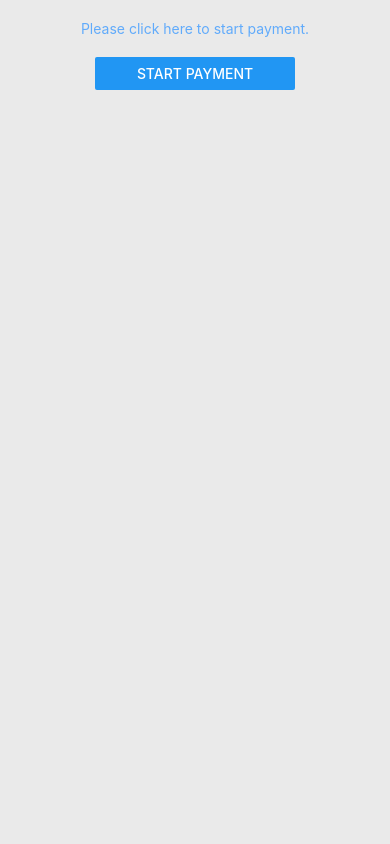
Repository: cashfree/pg-platform-custom-checkout
Screen: / (app in ReactNativeCustomCheckout/)
The author's editor kept a copy of each file at every save. The screen is drawn from the files as they stood at one save, then again after the next save.
The app was drawn by React Native's web renderer in a window 390 px wide. The project was rebuilt for these pictures with package versions that can differ from the ones it lists, and the page was loaded fresh each time.

Above is the screen before, as saved 2023-02-20 01:01:32.

### ReactNativeCustomCheckout/App.tsx
/**
 * Sample React Native App
 * https://github.com/facebook/react-native
 *
 * @format
 */

import React from 'react';
import {StyleSheet, Button, Text, View} from 'react-native';

import {NativeModules} from 'react-native';
const {PaymentSDKApi} = NativeModules;

function startCheckout() {
  var returnUrl = 'https://merchant.in/pg/process_return';
  var sessionId =
    'session_n5O9jqgE5m-xr-4mHF-54PHvNvz9ClNw43QnmyO7PovpqGBVwfKz64t7M0B8UKnbDhJNO2jQzgxElZ11x9arPCtoIY05m8B78ROa8CE9pYP6';
  PaymentSDKApi.doPayment(sessionId, returnUrl);
}

function App(): JSX.Element {
  return (
    <View style={styles.container}>
      <Text style={styles.text}> Please click here to start payment. </Text>
      <View style={styles.button}>
        <Button onPress={() => startCheckout()} title="Start Payment" />
      </View>
    </View>
  );
}

const styles = StyleSheet.create({
  container: {
    backgroundColor: '#eaeaea',
    alignItems: 'center',
    flexDirection: 'column',
    flex: 1,
  },
  button: {
    color: '#61aafb',
    margin: 8,
    marginTop: 20,
    width: 200,
  },
  text: {
    color: '#61abfb',
    marginTop: 20,
  },
});

export default App;

After the next save:
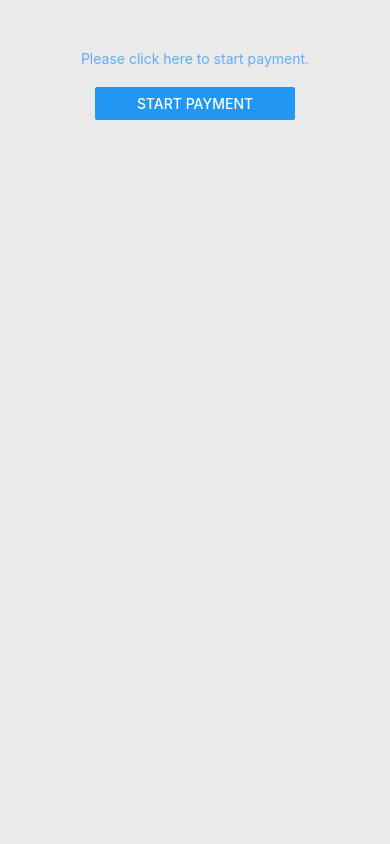
Saved 9 s later.
--- a/ReactNativeCustomCheckout/App.tsx
+++ b/ReactNativeCustomCheckout/App.tsx
@@ -44,7 +44,7 @@ const styles = StyleSheet.create({
   },
   text: {
     color: '#61abfb',
-    marginTop: 20,
+    marginTop: 50,
   },
 });
 
